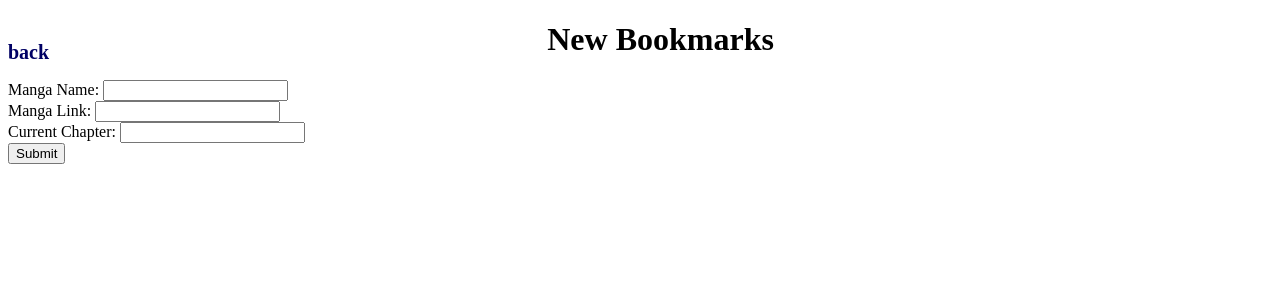
Repository: PA055/Manga-Bookmarks
Page: new.html
An editor plug-in stored every save of this project. The page is shown before and after the next save, followed by the edit.
The browser window is 1280 px wide. The pictures show the whole page.

Above is the page before, as saved 2023-03-11 11:52:45.
Console error: ReferenceError: $ is not defined

### new.html
<!DOCTYPE html>
<html lang="en">
  <head>
    <meta charset="utf-8" />
    <meta name="viewport" content="width=device-width, initial-scale=1" />
    <meta name="theme-color" content="#000000" />
    <title>New Bookmark</title>
    <link rel="stylesheet" href="./main.css">
  </head>
  <body>
    <noscript>You need to enable JavaScript to run this app.</noscript>

    <a href="index.html" class="back">back</a>
    <h1>New Bookmarks</h1>

    <form id="newBookmark" onsubmit="AddBookmark()">
        <label for="mname">Manga Name:</label>
        <input type="text" id="mname" name="mname">
        <br>
        <label for="link">Manga Link:</label>
        <input type="url" id="link" name="link">
        <br>
        <label for="chapter">Current Chapter:</label>
        <input type="number" id="chapter" name="chapter">
        <br>
        <input type="submit">
    </form>

    <script src="./bookmarks.js"></script>
  </body>
</html>

### main.css
h1 {
    width: 100%;
    text-align: center;
}

.button {
    display: block;
    padding: 5px;
    margin: auto;
    width: fit-content;
    text-decoration: none;
    border: 4px gray outset;
    color: black;
}

.button:hover {
    border-style: inset;
}

.back {
    text-decoration: none;
    color: rgb(0, 0, 100);
    font-size: 20px;
    font-weight: bold;
    display: inline;
    float: left;
    margin-top: 20px;
}

### bookmarks.js
let bookmarks = document.getElementById('bookmarks');
const url = "./bookmarks.json"

$.getJSON(url, function(data){
    console.log(data);
});

// const fetchJson = async () => {
//     try {
//         const file = await fetch(url);
//         const response = await file.json();
//     } catch (error) {
//         console.log(error);
//     }
// };

function AddBookmark() {
    var formData = new FormData(document.querySelector('form'))

}

After the next save:
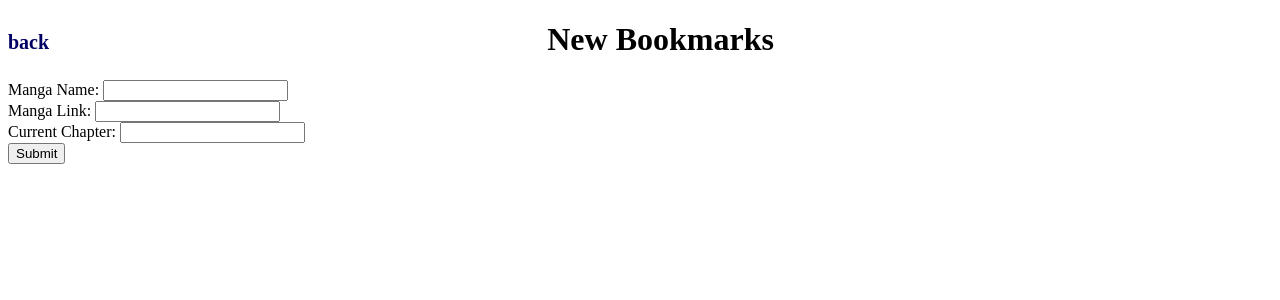
Saved 7 s later.
--- a/main.css
+++ b/main.css
@@ -24,5 +24,5 @@ h1 {
     font-weight: bold;
     display: inline;
     float: left;
-    margin-top: 20px;
+    margin-top: 10px;
 }
